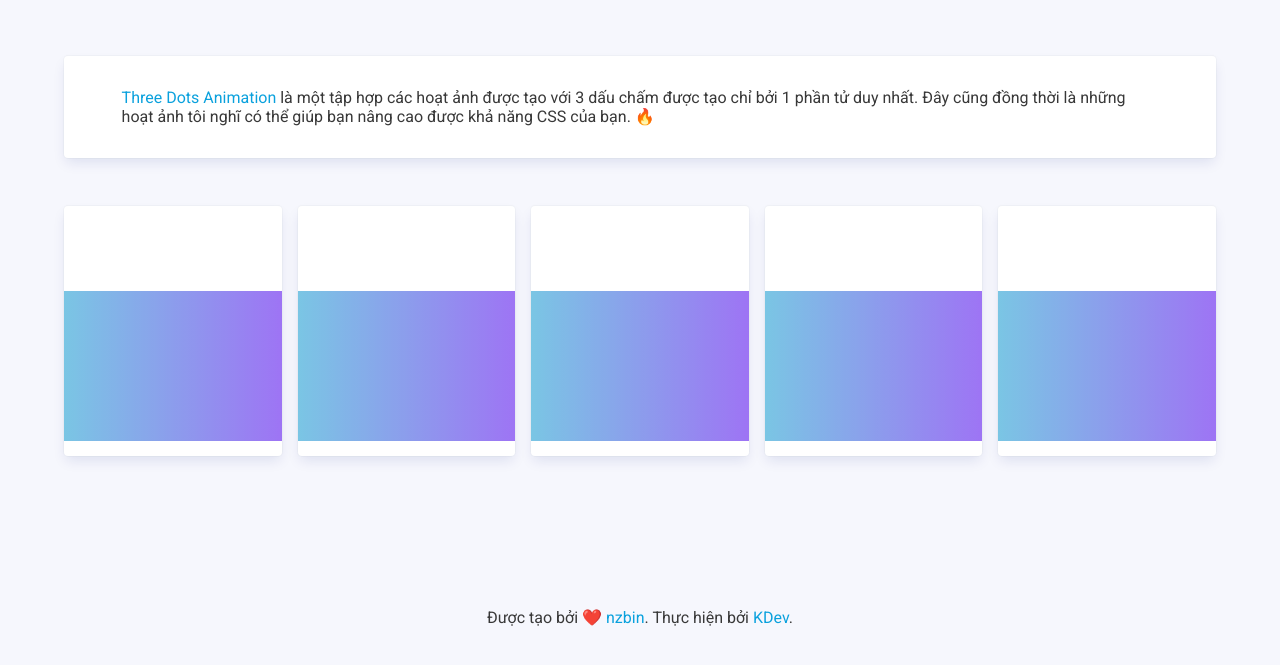
Repository: haokiet2501/lazy-loader-animation
Page: index.html
The author's editor kept a copy of each file at every save. The page is drawn from the files as they stood at one save, then again after the next save.
The browser window is 1280 px wide. The pictures show the whole page.
The style sheet was rebuilt from its Sass, Less or Tailwind sources for each picture, by a compiler version that may differ from the author's.

Above is the page before, as saved 2022-05-06 20:01:36.

After the next save:
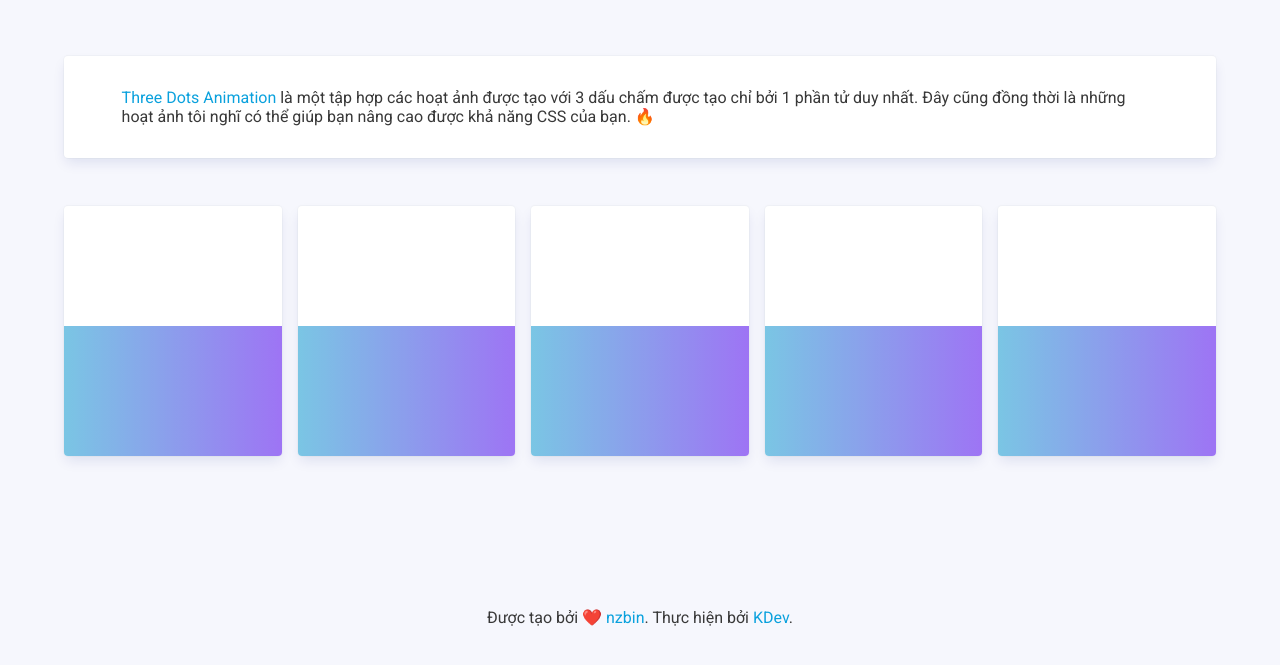
Saved 12 s later.
--- a/sass/styles.scss
+++ b/sass/styles.scss
@@ -30,7 +30,7 @@ $color-line: #50dfdb;
 .box::before {
     content: '';
     position: absolute;
-    top: -15px;
+    top: 20px;
     left: 32px;
     width: 150px;
     height: 140%;
